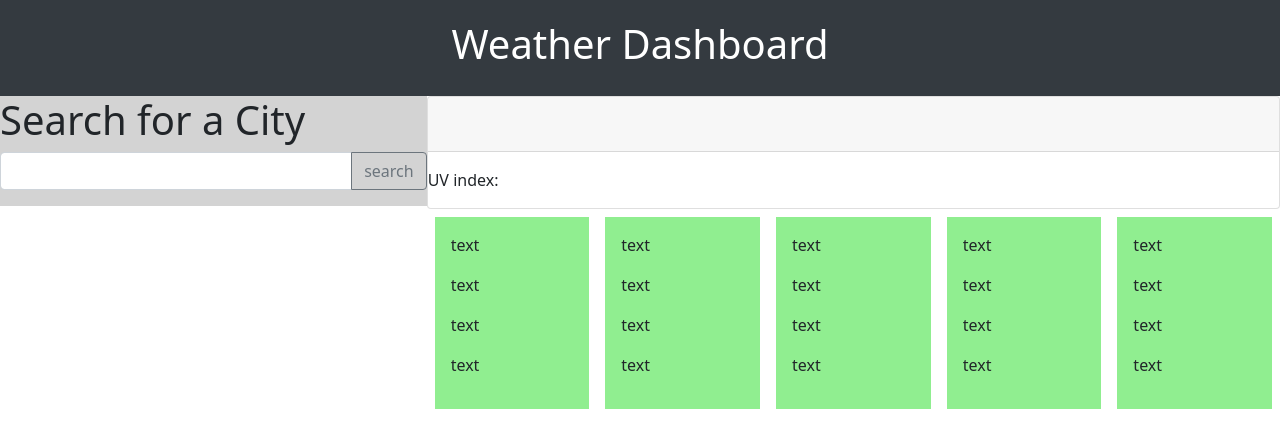
Repository: ziffoit/Weather_Dashboard
Page: index.html
These files come from the project's save history. The page is drawn as it stood at one moment and after the next save; the edit follows.
The browser window is 1280 px wide. The pictures show the whole page.

Above is the page before, as saved 2021-03-26 21:27:48.
Console error: SyntaxError: Unexpected identifier 'name'

After the next save:
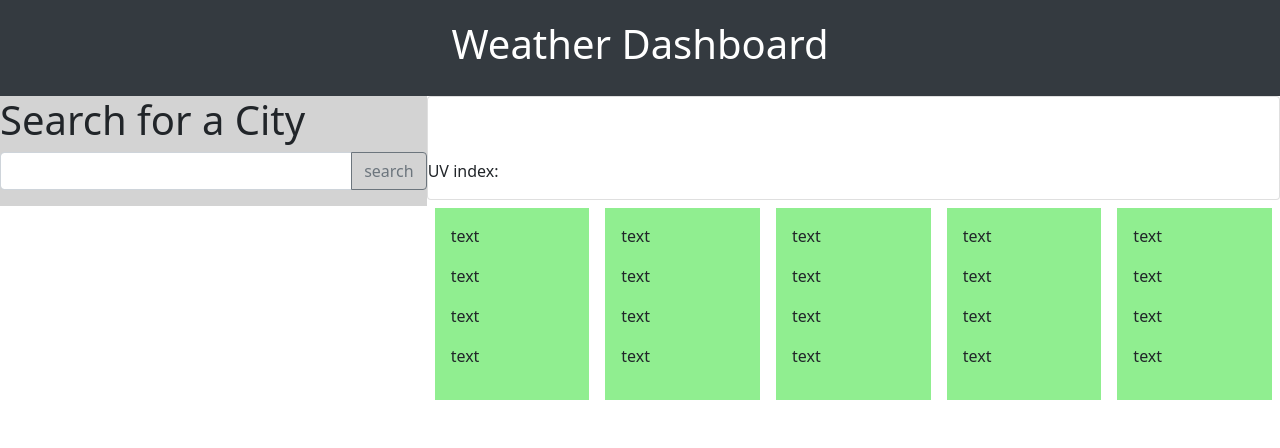
Saved 2 min 35 s later.
--- a/index.html
+++ b/index.html
@@ -26,7 +26,7 @@
     </aside>
     <section class="col-lg-8" id="main">
       <div class="card">
-        <h2 class="card-header">
+        <h2>
           <span id="nameDate"></span>
           <img id="weatherIcon" />
         </h2>
